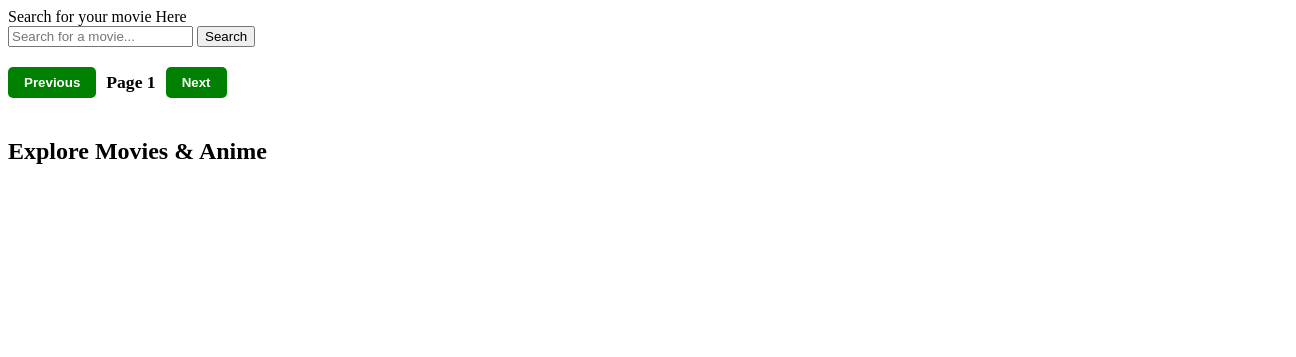
Repository: Femi007-gh/movie-API
Page: index.html
The author's editor kept a copy of each file at every save. The page is drawn from the files as they stood at one save, then again after a run of saves.
The browser window is 1280 px wide. The page is 1280 px wide, then 1296 px, so the pictures cover 1296 px, including what lies to the right of the window. The pictures show the whole page.
The page's requests for data from a server got no answer.

Above is the page before, as saved 2025-05-10 20:29:58.

After the next 2 saves:
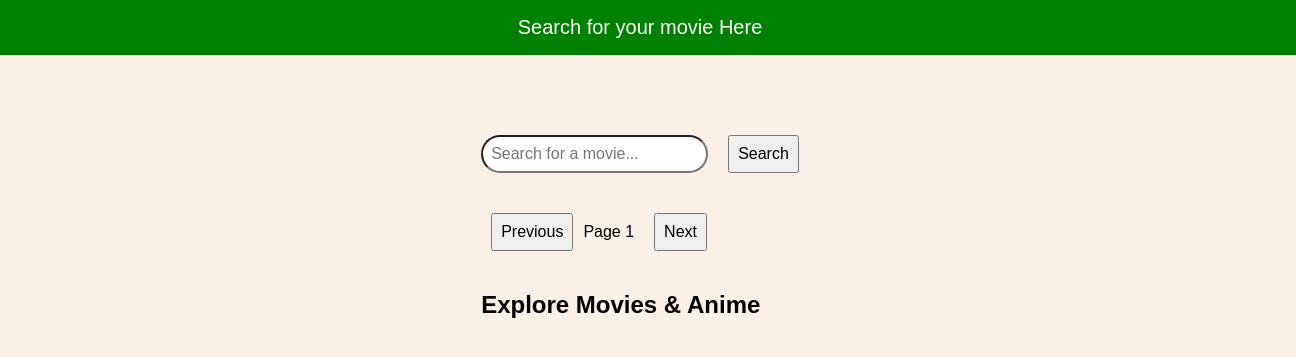
The 2 saves are shown as one change because they came seconds apart.
The last was saved 8 s later.
--- a/style.css
+++ b/style.css
@@ -1,25 +1,67 @@
-#Pagination {
-  margin-top: 20px;
+body {
+  font-family: Arial, Helvetica, sans-serif;
+  margin: 0;
+  padding: 0;
   display: flex;
+  flex-direction: column;
   align-items: center;
+  background-color: linen;
+}
+
+header {
+  width: 100%;
+  background-color: green;
+  color: #fff;
+  padding: 1rem;
+  text-align: center;
+  font-size: 20px;
+}
+
+input {
+  padding: 0.5rem;
+  font-size: 1rem;
+  border-radius: 20px;
+  margin-top: 40px;
+}
+
+button {
+  padding: 0.5rem;
+  font-size: 1rem;
+  cursor: pointer;
+  margin-left: 10px;
+}
+
+#MoviesGrid {
+  display: grid;
+  grid-template-columns: repeat(4, 1fr);
+  gap: 20px;
+  padding: 20px;
+  max-width: 1200px;
+}
+
+.grid-container img {
+  width: 100%;
+  border-radius: 10px;
+  transition: transform 0.3s;
+}
+
+.grid-container img:hover {
+  transform: scale(1.05);
+}
+
+#SearchResult {
+  margin-top: 40px;
+  text-align: center;
+}
+
+.search-bar {
+  display: flex;
+  justify-content: center;
+  align-items: center;
+  margin-top: 40px;
   gap: 10px;
 }
 
-#Pagination button {
-  background-color: green;
-  color: white;
-  border: none;
-  border-radius: 5px;
-  padding: 0.5rem 1rem;
-  cursor: pointer;
-  font-weight: bold;
+.search {
+  margin-top: 40px;
 }
-
-#Pagination button:hover {
-  background-color: darkgreen;
-}
-
-#pageInfo {
-  font-size: 1.1rem;
-  font-weight: bold;
-}
